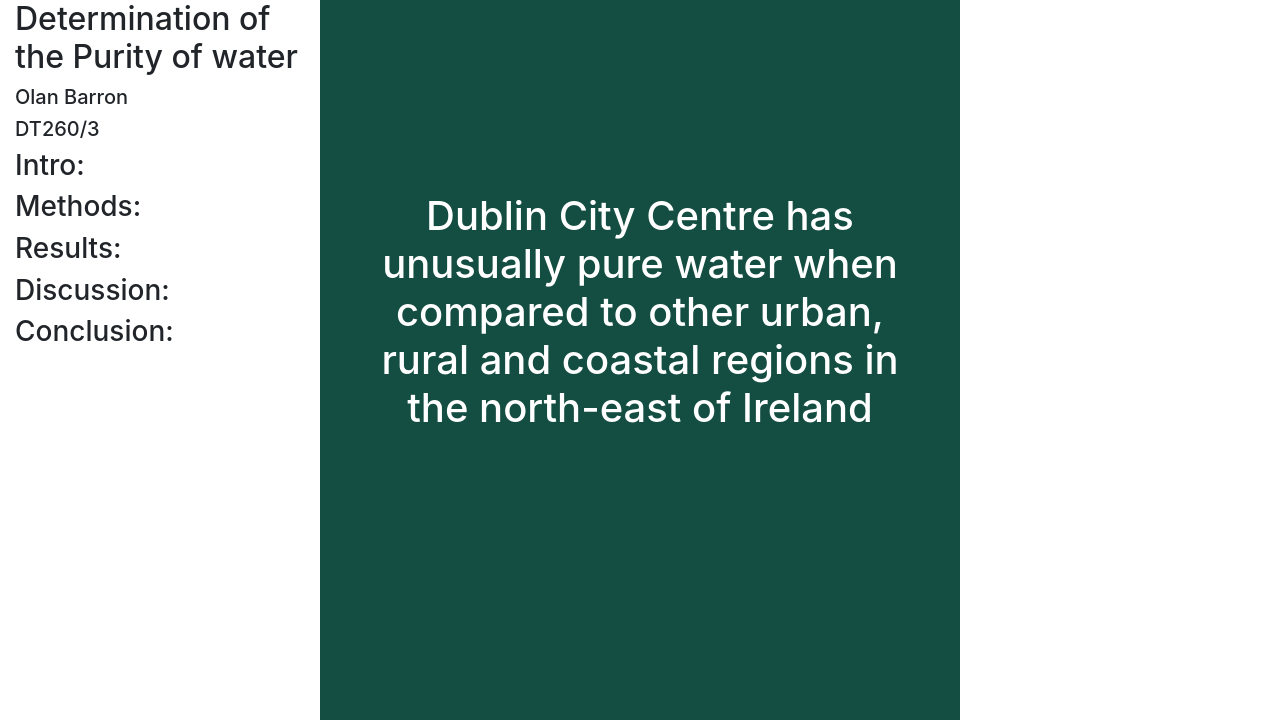
Repository: Olan1/project_poster
Page: index.html
The author's editor kept a record of every edit. The page is drawn from the files as they stood at one moment, then again after the next edit.
The browser window is 1280 px wide. The pictures show the whole page.

Above is the page before.

### index.html
<!DOCTYPE html>
<html lang="en">

<head>
    <meta charset="UTF-8">
    <meta name="viewport" content="width=device-width, initial-scale=1.0">
    <meta http-equiv="X-UA-Compatible" content="ie=edge">

    <!-- Bootstrap -->
    <link rel="stylesheet" href="https://stackpath.bootstrapcdn.com/bootstrap/4.4.1/css/bootstrap.min.css" integrity="sha384-Vkoo8x4CGsO3+Hhxv8T/Q5PaXtkKtu6ug5TOeNV6gBiFeWPGFN9MuhOf23Q9Ifjh" crossorigin="anonymous">

    <!-- Local CSS -->
    <link rel="stylesheet" href="static/style.css" type="text/css" />

    <title>Purity of Water</title>
</head>

<body>
    <div class="container-fluid">
        <div class="row">
            <div class="col-3">
                <h2>Determination of the Purity of water</h2>
                <h5>Olan Barron</h5>
                <h5>DT260/3</h5>

                <h3>Intro:</h3>
                <h3>Methods:</h3>
                <h3>Results:</h3>
                <h3>Discussion:</h3>
                <h3>Conclusion:</h3>
            </div>
            <div class="col-6 bg-green p-0">
                <h1 class="white-text center-text center-align m-5">Dublin City Centre has unusually pure water when compared to other urban, rural and coastal regions in the north-east of Ireland</h1>
            </div>
            <div class="col-3">

            </div>
        </div>
    </div>


    <script src="https://cdnjs.cloudflare.com/ajax/libs/jquery/3.5.0/jquery.min.js"></script>
    <script src="https://cdn.jsdelivr.net/npm/popper.js@1.16.0/dist/umd/popper.min.js" integrity="sha384-Q6E9RHvbIyZFJoft+2mJbHaEWldlvI9IOYy5n3zV9zzTtmI3UksdQRVvoxMfooAo" crossorigin="anonymous"></script>
    <script src="https://stackpath.bootstrapcdn.com/bootstrap/4.4.1/js/bootstrap.min.js" integrity="sha384-wfSDF2E50Y2D1uUdj0O3uMBJnjuUD4Ih7YwaYd1iqfktj0Uod8GCExl3Og8ifwB6" crossorigin="anonymous"></script>
</body>

</html>

### assets/css/style.css
body,
.container-fluid,
.row {
    height: 100vh;
}

.bg-green {
    background-color: #144D41;
}

.white-text {
    color: #ffffff;
}

.center-text {
    text-align: center;
}

.center-align {
    position: absolute;
    top: 20%;
    /*transform: translate(0, -50%);*/
}

After the next edit:
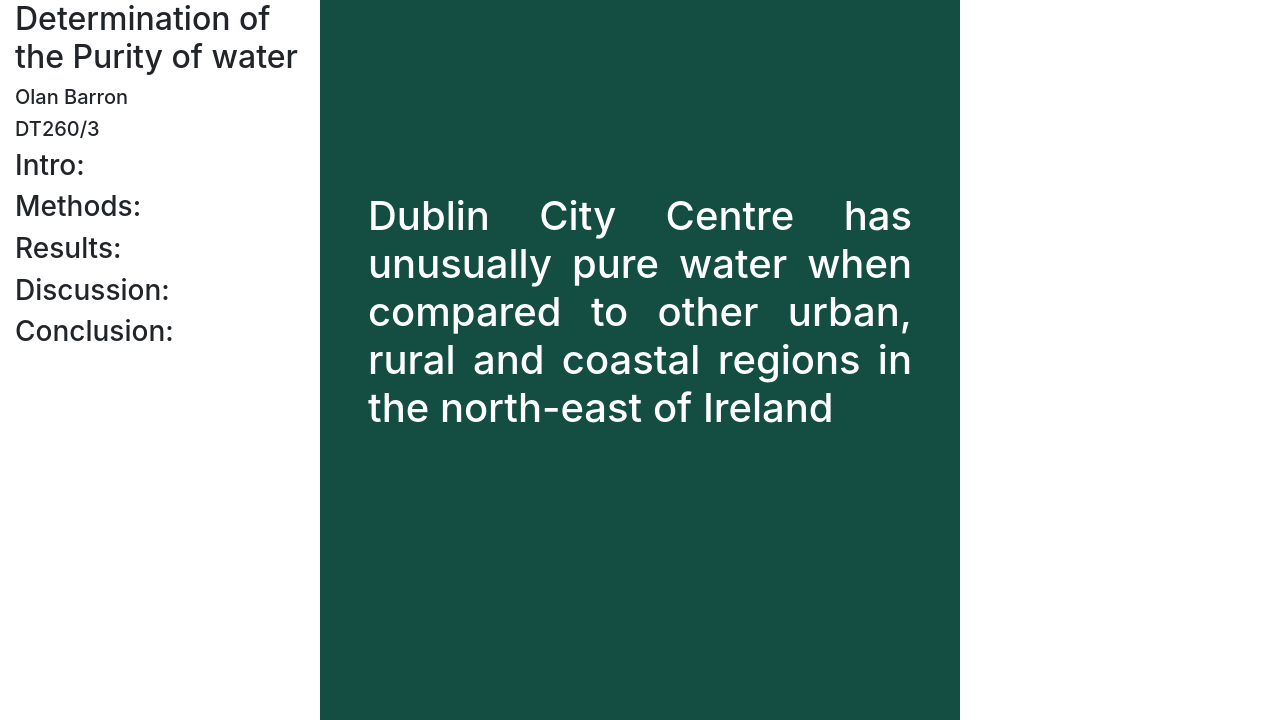
The edit:
--- a/assets/css/style.css
+++ b/assets/css/style.css
@@ -13,7 +13,7 @@
 }
 
 .center-text {
-    text-align: center;
+    text-align: justify;
 }
 
 .center-align {
